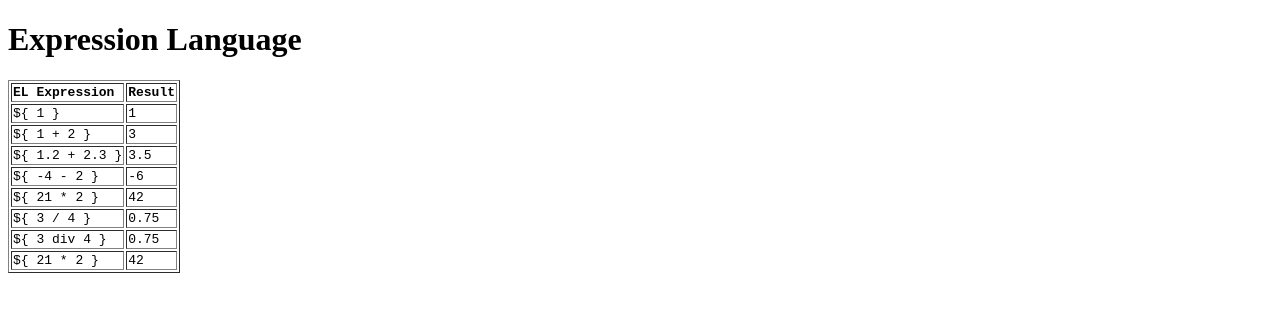
Repository: leedh909/Academy-web-
Page: http://localhost/Jsp07_EL_JSTL/basic-arithmetic.jsp
The author's editor kept a copy of each file at every save. The page is drawn from the files as they stood at one save, then again after the next save.
The browser window is 1280 px wide. The pictures show the whole page.
The page is served by Tomcat 9. Other server files are loaded and not shown.

Above is the page before, as saved 2020-07-06 01:05:53.

### 실습자료/eclipse-servlet/Jsp07_EL_JSTL/WebContent/basic-arithmetic.jsp
<%@ page language="java" contentType="text/html; charset=UTF-8"
    pageEncoding="UTF-8"%>
<% request.setCharacterEncoding("UTF-8"); %>
<% response.setContentType("text/html; charset=UTF-8"); %>


<!DOCTYPE html>
<html>
<head>
<meta charset="UTF-8">
<title>Insert title here</title>
</head>
<body>
	<h1>Expression Language</h1>
	<code>
		<table border="1">
		  <thead>
		  	<td><b>EL Expression</b></td>
		  	<td><b>Result</b></td>
		  </thead>
		  <tr>
		  	<td>\${ 1 }</td>
		  	<td>${ 1 }</td>
		  </tr>
		  <tr>
		  	<td>\${ 1 + 2 }</td>
		  	<td>${ 1 + 2 }</td>
		  </tr>
		  <tr>
		  	<td>\${ 1.2 + 2.3 }</td>
		  	<td>${ 1.2 + 2.3 }</td>
		  </tr>
		  <tr>
		  	<td>\${ -4 - 2 }</td>
		  	<td>${ -4 - 2 }</td>
		  </tr>
		  <tr>
		  	<td>\${ 21 * 2 }</td>
		  	<td>${ 21 * 2 }</td>
		  </tr>
		  <tr>
		  	<td>\${ 3 / 4 }</td>
		  	<td>${ 3 / 4 }</td>
		  </tr>
		  <tr>
		  	<td>\${ 3 div 4 }</td>
		  	<td>${ 3 div 4 }</td>
		  </tr>
		  <tr>
		  	<td>\${ 21 * 2 }</td>
		  	<td>${ 21 * 2 }</td>
		  </tr>


		</table>
	</code>
</body>
</html>

After the next save:
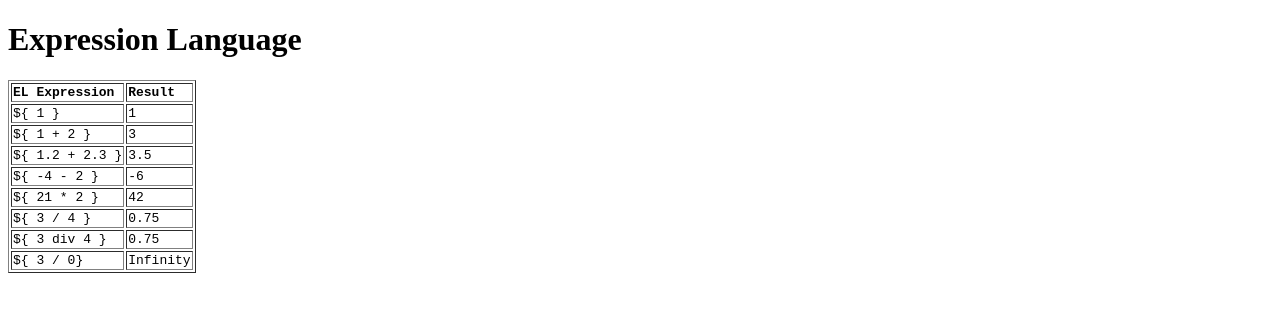
Saved 18 s later.
--- a/실습자료/eclipse-servlet/Jsp07_EL_JSTL/WebContent/basic-arithmetic.jsp
+++ b/실습자료/eclipse-servlet/Jsp07_EL_JSTL/WebContent/basic-arithmetic.jsp
@@ -47,8 +47,8 @@
 		  	<td>${ 3 div 4 }</td>
 		  </tr>
 		  <tr>
-		  	<td>\${ 21 * 2 }</td>
-		  	<td>${ 21 * 2 }</td>
+		  	<td>\${ 3 / 0}</td>
+		  	<td>${ 3 / 0}</td>
 		  </tr>
 
 
